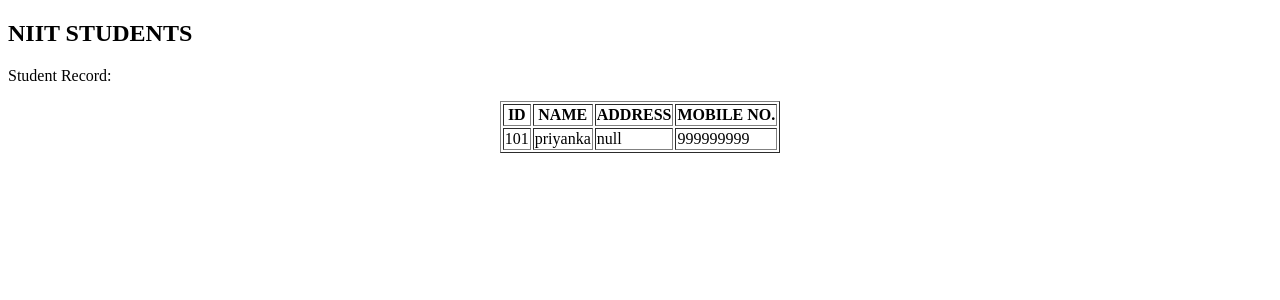
Repository: priyankateli27/priyanka
Page: http://localhost/SirAssignment/table.jsp
These files come from the project's save history. The page is drawn as it stood at one moment and after the next save; the edit follows.
The browser window is 1280 px wide. The pictures show the whole page.
The page is served by Tomcat 9.

Above is the page before, as saved 2016-07-15 11:00:06.

After the next save:
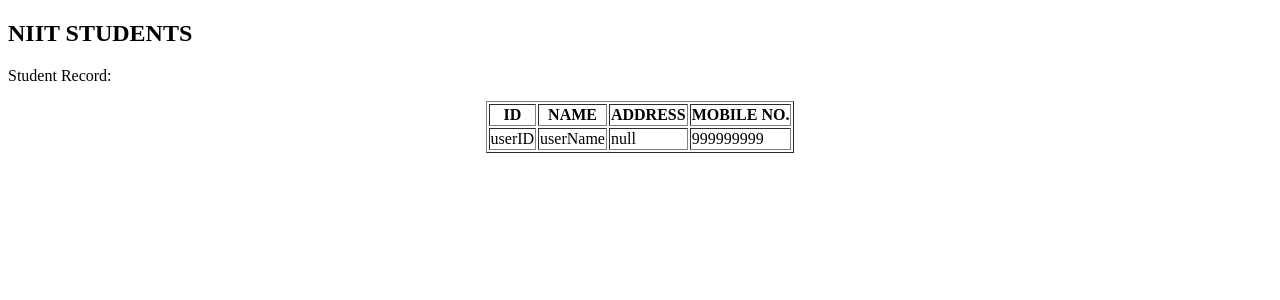
Saved 80 s later.
--- a/SirAssignment/src/main/webapp/table.jsp
+++ b/SirAssignment/src/main/webapp/table.jsp
@@ -12,8 +12,8 @@
 <%! Pojo p = new Pojo(); %>
 	<%
 String name=request.getParameter("txtname");
-	  p.setId("101");
-	p.setName("priyanka");
+	  p.setId("userID");
+	p.setName("userName");
 	p.setAddress(name);
 	p.setMob_No(999999999);
 		%>
